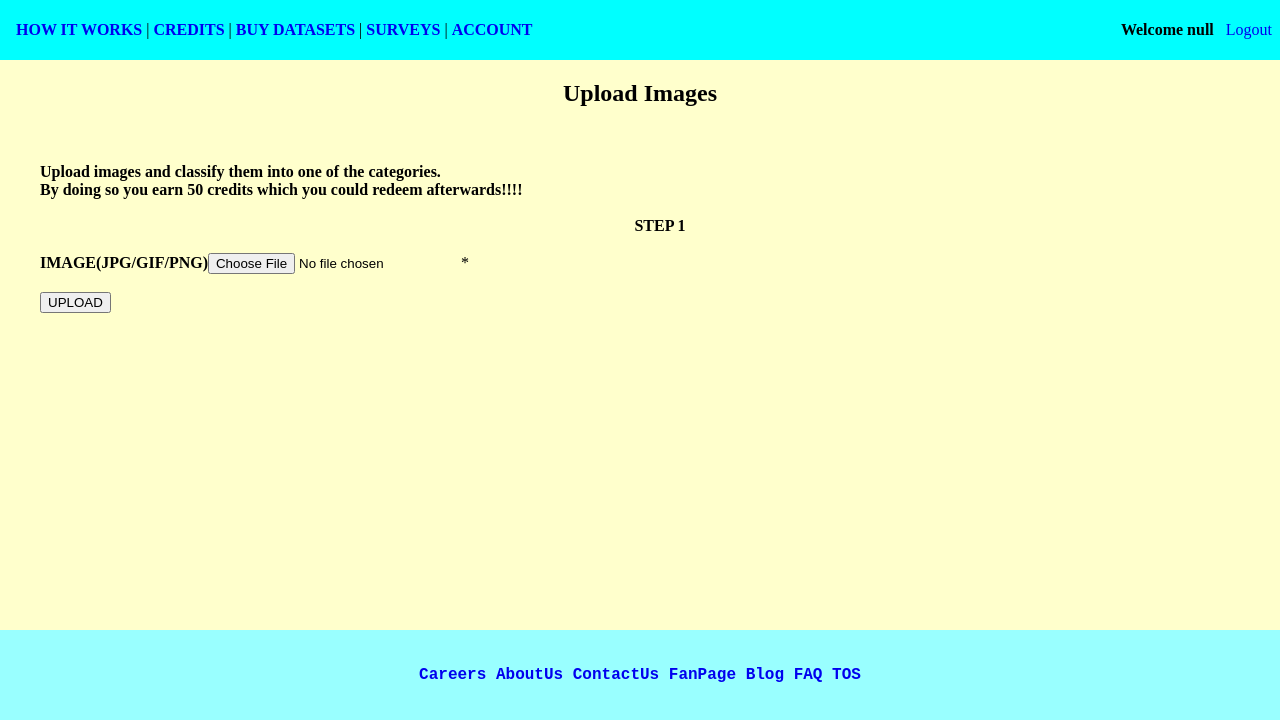
Repository: nicks707/LocoShack_TGMC-project
Page: http://localhost/ram/uploadphoto.jsp
An editor plug-in stored every save of this project. The page is shown before and after the next save, followed by the edit.
The browser window is 1280 px wide. The pictures show the whole page.
The page is served by Tomcat 9. Other server files are loaded and not shown.

Above is the page before, as saved 2012-03-20 14:38:50.

### ram/WebContent/uploadphoto.jsp
<%@ page language="java"  contentType="text/html; charset=ISO-8859-1"
    pageEncoding="ISO-8859-1"%>
<!DOCTYPE html PUBLIC "-//W3C//DTD HTML 4.01 Transitional//EN" "http://www.w3.org/TR/html4/loose.dtd">
<html>
<head>
<meta http-equiv="Content-Type" content="text/html; charset=ISO-8859-1">
<title>LocoShack-Upload Photos</title>
<style>
html, body,table
{
  height: 100%;
  width:100%;
}
</style>
<script type="text/javascript">
function checkfield()
{
	 if((document.myform.image.value.length==0)	)

{
alert("FIELDS IS MANDATORY");
return false;
}

}



</script>
</head>
<body style="margin-top:0px;margin-left:0px;margin-right:0px">
<table  width="100%" cellpadding="0" cellspacing="0"   style="background-color:#FFFFCC">
<tr height="60px"><td><jsp:include page="header2.jsp"></jsp:include></td></tr>
<tr height="20px"><td valign="top"><center><h2><b>Upload Images</b></h2></center><br/><br/></td></tr>
<tr ><td valign="top" style="padding-left:40px;">
<b>Upload images and classify them into one of the categories.<br/>
By doing so you earn 50 credits which you could redeem afterwards!!!!</b><br/><br/>

<form  name="myform" onsubmit=" return checkfield();"  enctype="multipart/form-data" action="FileUploadServlet" method="post">

<center><b>STEP 1</b></center><br/>
<b>IMAGE(JPG/GIF/PNG)</b><input type="file" name="image" id="image" size="40">*<br/><br/>
<input type="submit" value="UPLOAD">

</form>
</td></tr>
<tr height="50px"><td><jsp:include page="footer.jsp"></jsp:include></td></tr>





</table>
</body>
</html>

### ram/WebContent/header2.jsp
<%@ page language="java" contentType="text/html; charset=ISO-8859-1"
    pageEncoding="ISO-8859-1"%>
<!DOCTYPE html PUBLIC "-//W3C//DTD HTML 4.01 Transitional//EN" "http://www.w3.org/TR/html4/loose.dtd">
<html>
<head>
<meta http-equiv="Content-Type" content="text/html; charset=ISO-8859-1">
<title>Insert title here</title>
</head>
<body style="margin-left:0px;margin-right:0px;margin-top:0px;">
<table cellpadding="0px" cellspacing="0px" width="100%">

<tr bgcolor="#00FFFF" style="height:60px;">
<td>&nbsp;&nbsp;&nbsp;&nbsp;<a href="hit.jsp"><b>HOW IT WORKS</b></a> | <a href="credits.jsp"><b>CREDITS</b></a> | <a href="buydata.jsp"><b>BUY DATASETS</b></a> | <a href="surveys.jsp"><b>SURVEYS</b></a> |  <a href="accmain.jsp"><b>ACCOUNT</b></a> </td>

<td align="right">&nbsp;&nbsp;&nbsp;&nbsp;&nbsp;&nbsp;&nbsp;&nbsp;&nbsp;&nbsp;&nbsp;&nbsp;&nbsp;&nbsp;&nbsp;&nbsp;&nbsp;&nbsp;&nbsp;&nbsp;
&nbsp;&nbsp;&nbsp;&nbsp;&nbsp;&nbsp;&nbsp;&nbsp;&nbsp;&nbsp;&nbsp;&nbsp;&nbsp;&nbsp;&nbsp;&nbsp;&nbsp;&nbsp;&nbsp;&nbsp;&nbsp;&nbsp;&nbsp;&nbsp;&nbsp;&nbsp;&nbsp;&nbsp;&nbsp;&nbsp;&nbsp;&nbsp;&nbsp;&nbsp;&nbsp;&nbsp;&nbsp;&nbsp;&nbsp;&nbsp;&nbsp;&nbsp;&nbsp;&nbsp;&nbsp;&nbsp;&nbsp;&nbsp;&nbsp;&nbsp;&nbsp;&nbsp;&nbsp;&nbsp;&nbsp;&nbsp;&nbsp;&nbsp;&nbsp;&nbsp;
<!-- code for links like welcome user/guest and signout --><b>Welcome <%=session.getAttribute("id") %></b>&nbsp;&nbsp;&nbsp;<a href="logout.jsp">Logout</a>&nbsp;&nbsp;</td>
</tr>

</table>

</body>
</html>

### ram/WebContent/footer.jsp
<%@ page language="java" contentType="text/html; charset=ISO-8859-1"
    pageEncoding="ISO-8859-1"%>
<!DOCTYPE html PUBLIC "-//W3C//DTD HTML 4.01 Transitional//EN" "http://www.w3.org/TR/html4/loose.dtd">
<html>
<head>
<meta http-equiv="Content-Type" content="text/html; charset=ISO-8859-1">
<title>Insert title here</title>
</head>
<style>
a{text-decoration:none;}
</style>
<body style="margin-top:0px;margin-left:0px;margin-right:0px;">
<table width=100% border="0px" cellpadding="0px" cellspacing="0px">
<tr    bgcolor="#99FFFF" style="height:90px;">
<td  colspan="3" width="100%"  align="center"> <font color="#330099" face="Courier New, Courier, monospace"><b><a href="careers.jsp">Careers</a> <a href="abtus.jsp">AboutUs</a> <a href="contact.jsp">ContactUs</a> <a href="http://www.facebook.com">FanPage</a> <a href="blog.jsp">Blog</a> <a href="faq.jsp">FAQ</a> <a href="tos.jsp">TOS</a></b></font></td>
</tr>


</table>

</body>
</html>

After the next save:
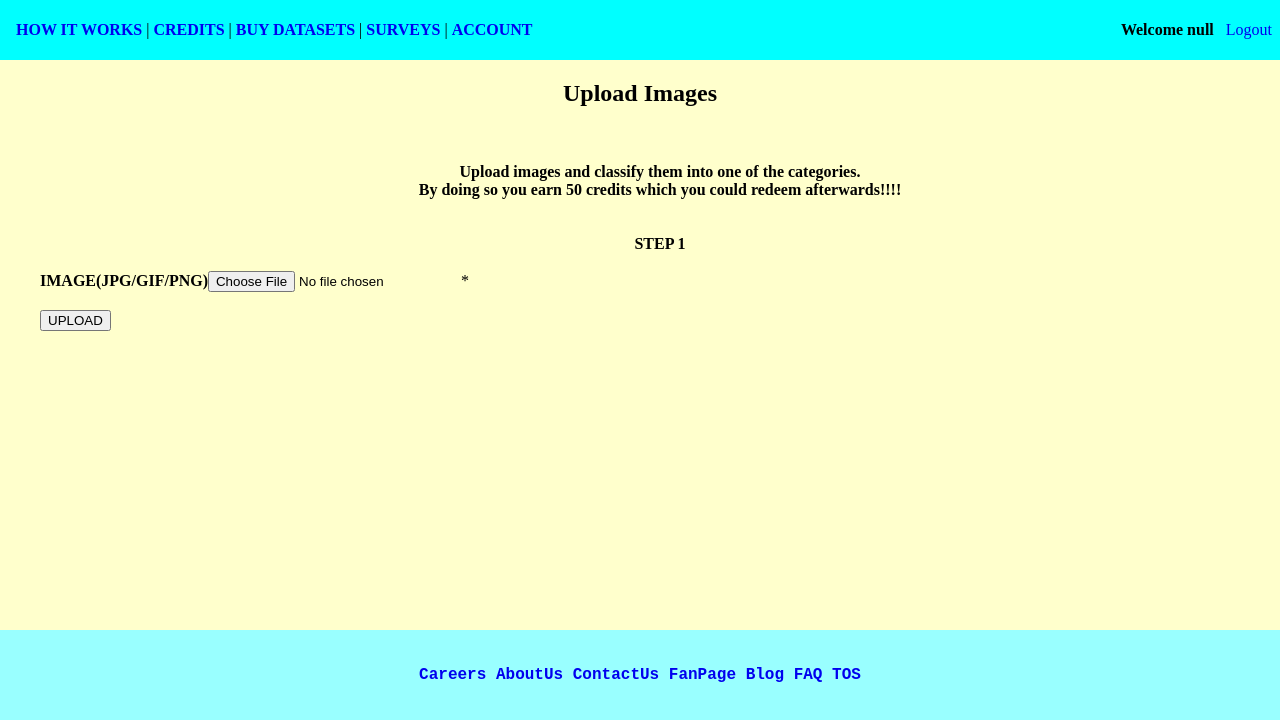
Saved 21 min 32 s later.
--- a/ram/WebContent/uploadphoto.jsp
+++ b/ram/WebContent/uploadphoto.jsp
@@ -33,8 +33,8 @@ return false;
 <tr height="60px"><td><jsp:include page="header2.jsp"></jsp:include></td></tr>
 <tr height="20px"><td valign="top"><center><h2><b>Upload Images</b></h2></center><br/><br/></td></tr>
 <tr ><td valign="top" style="padding-left:40px;">
-<b>Upload images and classify them into one of the categories.<br/>
-By doing so you earn 50 credits which you could redeem afterwards!!!!</b><br/><br/>
+<b><center>Upload images and classify them into one of the categories.<br/>
+By doing so you earn 50 credits which you could redeem afterwards!!!!</center></b><br/><br/>
 
 <form  name="myform" onsubmit=" return checkfield();"  enctype="multipart/form-data" action="FileUploadServlet" method="post">
 
